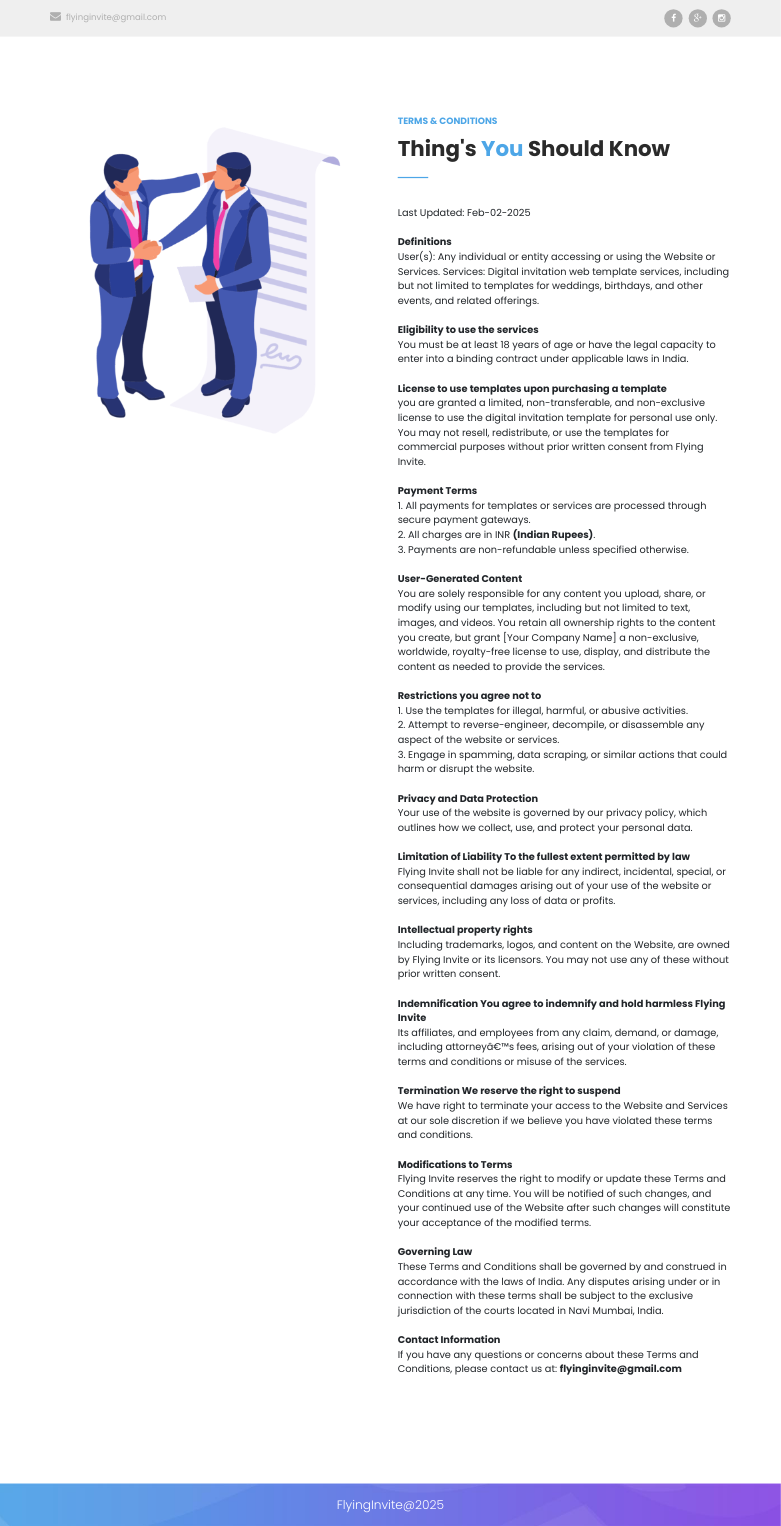
Repository: viraj7551/Flying-Invite-Project
Page: http://localhost/FlyingInvite/terms_and_condition_page.jsp
These files come from the project's save history. The page is drawn as it stood at one moment and after the next save; the edit follows.
The browser window is 1280 px wide. The pictures show the whole page, at 61% of full size.
The page is served by Tomcat 9. Other server files are loaded and not shown.

Above is the page before, as saved 2025-04-27 08:05:52.

### FlyingInvite/WebContent/terms_and_condition_page.jsp
<%@ page language="java" contentType="text/html; charset=ISO-8859-1"
    pageEncoding="ISO-8859-1"%>
<!DOCTYPE html>
<html>
<head>
  <meta charset="UTF-8">
  <meta name="viewport" content="width=device-width, initial-scale=1, shrink-to-fit=no">
  <meta name="description" content="">
  <meta name="author" content="">
  <link rel="preconnect" href="https://fonts.googleapis.com">
  <link rel="preconnect" href="https://fonts.gstatic.com" crossorigin>
  <link href="https://fonts.googleapis.com/css2?family=Poppins:wght@100;200;300;400;500;600;700;800;900&display=swap" rel="stylesheet">

  <title>Flying Invite | Special Invite</title>

  <!-- Bootstrap core CSS -->
  <link href="vendor/bootstrap/css/bootstrap.min.css" rel="stylesheet">


  <!-- Additional CSS Files -->
  <link rel="stylesheet" href="./assets/css/fontawesome.css">
  <link rel="stylesheet" href="./assets/css/app.css">
  <link rel="stylesheet" href="./assets/css/animated.css">
  <link rel="stylesheet" href="./assets/css/owl.css">
  <link rel="stylesheet" href="./assets/css/style.css">

  <script async src="https://www.googletagmanager.com/gtag/js?id=G-DZ4MP44ET9"></script>
<script>
  window.dataLayer = window.dataLayer || [];
  function gtag(){dataLayer.push(arguments);}
  gtag('js', new Date());

  gtag('config', 'G-DZ4MP44ET9');
</script>


</head>
<body>
 <!-- ***** Preloader Start ***** -->
  <div id="js-preloader" class="js-preloader">
    <div class="preloader-inner">
      <span class="dot"></span>
      <div class="dots">
        <span></span>
        <span></span>
        <span></span>
      </div>
    </div>
  </div>

    <!-- ***** Preloader End ***** -->

  <!-- Pre-header Starts -->
  <div class="pre-header">
    <div class="container">
      <div class="row">
        <div class="col-lg-8 col-sm-8 col-7">
          <ul class="info">
            <li><a href="#"><i class="fa fa-envelope"></i>flyinginvite@gmail.com</a></li>
          </ul>
        </div>
        <div class="col-lg-4 col-sm-4 col-5">
          <ul class="social-media">
            <li><a href="https://www.facebook.com/profile.php?id=61567671551405" target="_blank"><i class="fa fa-facebook"></i></a></li>
            <li><a href="#"><i class="fa fa-google-plus"></i></a></li>
            <li><a href="https://www.instagram.com/flyinginvite/?igsh=Yjh6aXM5eHZ3a3Nt" target="_blank"><i class="fa fa-instagram"></i></a></li>
          </ul>
        </div>
      </div>
    </div>
  </div>
  <!-- Pre-header End -->

  <div id="about" class="about section">
    <div class="container">
      <div class="row">
        <div class="col-lg-12">
          <div class="row">
            <div class="col-lg-6">
              <div class="about-left-image  wow fadeInLeft" data-wow-duration="1s" data-wow-delay="0.5s">
                <img src="assets/images/terms_condition.png" alt="terms and condition image">
              </div>
            </div>
            <div class="col-lg-6 align-self-center  wow fadeInRight" data-wow-duration="1s" data-wow-delay="0.5s">
              <div class="about-right-content">
                <div class="section-heading">
                  <h6>Terms & Conditions</h6>
                  <h4>Thing's <em>You</em> Should Know</h4>
                  <div class="line-dec"></div>
                </div>
                <p>
                  <div>
                     <span>Last Updated: Feb-02-2025</span>
                  </div> <br>
                    <ul><strong>Definitions</strong>
                      <li>User(s): Any individual or entity accessing or using the Website or Services.
                        Services: Digital invitation web template services, including but not limited to templates for weddings, birthdays, and other events, and related offerings.
                      </li>
                    </ul> <br>
                    <ul><strong>Eligibility to use the services</strong>
                      <li>You must be at least 18 years of age or have the legal capacity to enter into a binding contract under applicable laws in India.</li>
                    </ul> <br>
                    <ul><strong>License to use templates upon purchasing a template</strong>
                        <li>you are granted a limited, non-transferable, and non-exclusive license to use the digital invitation template for personal use only. You may not resell, redistribute, or use the templates for commercial purposes without prior written consent from Flying Invite.</li>
                    </ul> <br>
                    <ul><strong>Payment Terms</strong>
                        <li>1. All payments for templates or services are processed through secure payment gateways.</li>
                        <li>2. All charges are in INR <strong>(Indian Rupees)</strong>.</li>
                        <li>3. Payments are non-refundable unless specified otherwise.</li>
                    </ul> <br>
                    <ul> <strong>User-Generated Content</strong>
                      <li>You are solely responsible for any content you upload, share, or modify using our templates, including but not limited to text, images, and videos. You retain all ownership rights to the content you create, but grant [Your Company Name] a non-exclusive, worldwide, royalty-free license to use, display, and distribute the content as needed to provide the services.</li>
                    </ul> <br>
                    <ul><strong>Restrictions you agree not to</strong>
                        <li>1. Use the templates for illegal, harmful, or abusive activities.</li>
                        <li>2. Attempt to reverse-engineer, decompile, or disassemble any aspect of the website or services.</li>
                        <li>3. Engage in spamming, data scraping, or similar actions that could harm or disrupt the website.</li>
                    </ul> <br>
                    <ul><strong>Privacy and Data Protection</strong>
                        <li>Your use of the website is governed by our privacy policy, which outlines how we collect, use, and protect your personal data.</li>
                    </ul> <br>
                    <ul><strong>Limitation of Liability To the fullest extent permitted by law</strong>
                        <li>Flying Invite shall not be liable for any indirect, incidental, special, or consequential damages arising out of your use of the website or services, including any loss of data or profits.</li>
                    </ul> <br>
                    <ul><strong>Intellectual property rights</strong>
                       <li>Including trademarks, logos, and content on the Website, are owned by Flying Invite or its licensors. You may not use any of these without prior written consent.</li>
                    </ul> <br>
                    <ul> <strong>Indemnification You agree to indemnify and hold harmless Flying Invite</strong>
                      <li>Its affiliates, and employees from any claim, demand, or damage, including attorney’s fees, arising out of your violation of these terms and conditions or misuse of the services.</li>
                    </ul> <br>
                    <ul><strong>Termination We reserve the right to suspend</strong>
                      <li>We have right to terminate your access to the Website and Services at our sole discretion if we believe you have violated these terms and conditions.</li>
                    </ul> <br>
                    <ul><strong>Modifications to Terms</strong>
                       <li>Flying Invite reserves the right to modify or update these Terms and Conditions at any time. You will be notified of such changes, and your continued use of the Website after such changes will constitute your acceptance of the modified terms.</li>
                    </ul> <br>
                    <ul><strong>Governing Law</strong>
                       <li>These Terms and Conditions shall be governed by and construed in accordance with the laws of India. Any disputes arising under or in connection with these terms shall be subject to the exclusive jurisdiction of the courts located in Navi Mumbai, India.</li>
                    </ul> <br>
                    <ul>
                         <strong>Contact Information</strong>
                         <li>If you have any questions or concerns about these Terms and Conditions, please contact us at: <strong>flyinginvite@gmail.com</strong></li>
                    </ul>
                </p>
              </div>
            </div>
          </div>
        </div>
      </div>
    </div>
  </div>

  <footer>
    <div class="container">
      <div class="row">
        <div class="col-lg-12">
           <p>FlyingInvite@2025</p>
        </div>
      </div>
    </div>
  </footer>

  <!-- Scripts -->
  <script src="./vendor/jquery/jquery.min.js"></script>
  <script src="./vendor/bootstrap/js/bootstrap.bundle.min.js"></script>
  <script src="./assets/js/owl-carousel.js"></script>
  <script src="./assets/js/animation.js"></script>
  <script src="./assets/js/imagesloaded.js"></script>
  <script src="./assets/js/custom.js"></script>
  <script src="./assets/js/app.js"></script>
</body>
</html>

### FlyingInvite/WebContent/assets/css/owl.css
/**
 * Owl Carousel v2.3.4
 * Copyright 2013-2018 David Deutsch
 * Licensed under: SEE LICENSE IN https://github.com/OwlCarousel2/OwlCarousel2/blob/master/LICENSE
 */
/*
 *  Owl Carousel - Core
 */
.owl-carousel {
  display: none;
  width: 100%;
  -webkit-tap-highlight-color: transparent;
  /* position relative and z-index fix webkit rendering fonts issue */
  position: relative;
  z-index: 1; }
  .owl-carousel .owl-stage {
    position: relative;
    -ms-touch-action: pan-Y;
    touch-action: manipulation;
    -moz-backface-visibility: hidden;
    /* fix firefox animation glitch */ }
  .owl-carousel .owl-stage:after {
    content: ".";
    display: block;
    clear: both;
    visibility: hidden;
    line-height: 0;
    height: 0; }
  .owl-carousel .owl-stage-outer {
    position: relative;
    overflow: hidden;
    /* fix for flashing background */
    -webkit-transform: translate3d(0px, 0px, 0px); }
  .owl-carousel .owl-wrapper,
  .owl-carousel .owl-item {
    -webkit-backface-visibility: hidden;
    -moz-backface-visibility: hidden;
    -ms-backface-visibility: hidden;
    -webkit-transform: translate3d(0, 0, 0);
    -moz-transform: translate3d(0, 0, 0);
    -ms-transform: translate3d(0, 0, 0); }
  .owl-carousel .owl-item {
    position: relative;
    min-height: 1px;
    float: left;
    -webkit-backface-visibility: hidden;
    -webkit-tap-highlight-color: transparent;
    -webkit-touch-callout: none; }
  .owl-carousel .owl-item img {
    display: block;
    width: 100%; }
  .owl-carousel .owl-nav.disabled,
  .owl-carousel .owl-dots.disabled {
    display: none; }
  .owl-carousel .owl-nav .owl-prev,
  .owl-carousel .owl-nav .owl-next,
  .owl-carousel .owl-dot {
    cursor: pointer;
    -webkit-user-select: none;
    -khtml-user-select: none;
    -moz-user-select: none;
    -ms-user-select: none;
    user-select: none; }
  .owl-carousel .owl-nav button.owl-prev,
  .owl-carousel .owl-nav button.owl-next,
  .owl-carousel button.owl-dot {
    background: none;
    color: inherit;
    border: none;
    padding: 0 !important;
    font: inherit; }
  .owl-carousel.owl-loaded {
    display: block; }
  .owl-carousel.owl-loading {
    opacity: 0;
    display: block; }
  .owl-carousel.owl-hidden {
    opacity: 0; }
  .owl-carousel.owl-refresh .owl-item {
    visibility: hidden; }
  .owl-carousel.owl-drag .owl-item {
    -ms-touch-action: pan-y;
        touch-action: pan-y;
    -webkit-user-select: none;
    -moz-user-select: none;
    -ms-user-select: none;
    user-select: none; }
  .owl-carousel.owl-grab {
    cursor: move;
    cursor: grab; }
  .owl-carousel.owl-rtl {
    direction: rtl; }
  .owl-carousel.owl-rtl .owl-item {
    float: right; }

/* No Js */
.no-js .owl-carousel {
  display: block; }

/*
 *  Owl Carousel - Animate Plugin
 */
.owl-carousel .animated {
  animation-duration: 1000ms;
  animation-fill-mode: both; }

.owl-carousel .owl-animated-in {
  z-index: 0; }

.owl-carousel .owl-animated-out {
  z-index: 1; }

.owl-carousel .fadeOut {
  animation-name: fadeOut; }

@keyframes fadeOut {
  0% {
    opacity: 1; }
  100% {
    opacity: 0; } }

/*
 * 	Owl Carousel - Auto Height Plugin
 */
.owl-height {
  transition: height 500ms ease-in-out; }

/*
 * 	Owl Carousel - Lazy Load Plugin
 */
.owl-carousel .owl-item {
  /**
			This is introduced due to a bug in IE11 where lazy loading combined with autoheight plugin causes a wrong
			calculation of the height of the owl-item that breaks page layouts
		 */ }
  .owl-carousel .owl-item .owl-lazy {
    opacity: 0;
    transition: opacity 400ms ease; }
  .owl-carousel .owl-item .owl-lazy[src^=""], .owl-carousel .owl-item .owl-lazy:not([src]) {
    max-height: 0; }
  .owl-carousel .owl-item img.owl-lazy {
    transform-style: preserve-3d; }

/*
 * 	Owl Carousel - Video Plugin
 */
.owl-carousel .owl-video-wrapper {
  position: relative;
  height: 100%;
  background: #000; }

.owl-carousel .owl-video-play-icon {
  position: absolute;
  height: 80px;
  width: 80px;
  left: 50%;
  top: 50%;
  margin-left: -40px;
  margin-top: -40px;
  background: url("owl.video.play.png") no-repeat;
  cursor: pointer;
  z-index: 1;
  -webkit-backface-visibility: hidden;
  transition: transform 100ms ease; }

.owl-carousel .owl-video-play-icon:hover {
  -ms-transform: scale(1.3, 1.3);
      transform: scale(1.3, 1.3); }

.owl-carousel .owl-video-playing .owl-video-tn,
.owl-carousel .owl-video-playing .owl-video-play-icon {
  display: none; }

.owl-carousel .owl-video-tn {
  opacity: 0;
  height: 100%;
  background-position: center center;
  background-repeat: no-repeat;
  background-size: contain;
  transition: opacity 400ms ease; }

.owl-carousel .owl-video-frame {
  position: relative;
  z-index: 1;
  height: 100%;
  width: 100%; }

### FlyingInvite/WebContent/assets/css/style.css
/* Aligns the heading text to the center. */

h1 {
    text-align: center;
  }

  /* Sets the width for the accordion. Sets the margin to 90px on the top and bottom and auto to the left and right */
.accordion-body{
    margin-top: 100px;
}


.navigate_section{
    margin: 90px auto;
}

#navigateHeader{
  display: none;
}
#navigateBtn{
  padding: 20px;
  background-color:#27548A ;
  color: #fff;
  margin-left: 350px;
  margin-top: 170px;
  margin-bottom: 170px;
  border-radius: 5px;
  width: max-content;
}
.blink_me{
  animation: blinker 1s linear infinite;
}

@keyframes blinker {
  50% {
    opacity: 0;
  }
}

#coming_soon_header{
  padding: 20px;
  color: #213448;
  margin-left: 350px;
  margin-top: 170px;
  margin-bottom: 170px;
  border-radius: 5px;
  width: max-content;
}

#navigateBtn:hover {
   background-color: #213448 ;
}

  .accordion {
    width: 800px;
    margin: 90px auto;
    color: black;
    background-color: white;
    padding: 45px 45px;
  }

  .accordion .container {
    position: relative;
    margin: 10px 10px;
  }

  /* Positions the labels relative to the .container. Adds padding to the top and bottom and increases font size. Also makes its cursor a pointer */

  .accordion .label {
    position: relative;
    padding: 10px 0;
    font-size: 24px;
    color: black;
    cursor: pointer;
  }

  /* Positions the plus sign 5px from the right. Centers it using the transform property. */

.accordion .label::before {
    content: '+';
    color: black;
    position: absolute;
    top: 50%;
    right: -5px;
    font-size: 24px;
    transform: translateY(-50%);
  }

  /* Hides the content (height: 0), decreases font size, justifies text and adds transition */

  .accordion .content {
    position: relative;
    background: white;
    height: 0;
    font-size: 16px;
    text-align: justify;
    width: 780px;
    overflow: hidden;
    transition: 0.5s;
  }

  /* Adds a horizontal line between the contents */

  .accordion hr {
    width: 100;
    margin-left: 0;
    border: 1px solid grey;
  }

  /* Unhides the content part when active. Sets the height */

.accordion .container.active .content {
    height: 90px;
  }




  /* Changes from plus sign to negative sign once active */

  .accordion .container.active .label::before {
    content: '-';
    font-size: 30px;
  }


 @media (max-width: 1200px) {
    #navigateBtn{
      margin-left: 180px;
     }
  }

 @media only screen and (max-width: 1024px) {
    #coming_soon_header{
      margin-left: 180px;
    }
}

 @media only screen and (max-width: 1180px) {
    #coming_soon_header{
      margin-left: 180px;
    }
  }


  @media (max-width: 992px) {


    .accordion .container.active .content{
      width: auto;
      height: 100px;
    }

    #navigateBtn{
    margin-left: 55px;
   }
  }

   @media only screen and (max-width: 932px) and (min-width: 740px){
  #navigateBtn{
    margin-left: 135px;
   }

   #navigateHeader{
    display: block;
    margin-left: 110px;
  }
  #coming_soon_header{
    margin-left: 110px;
  }
 }



  @media (max-width: 767px){

    .accordion{
        width: auto;
    }
    .accordion .label {
        font-size: 16px;
      }

      .accordion .content {
        font-size: 14px;
        text-align: justify;
        width: 200px;
        overflow: hidden;
      }

      #navigateHeader{
        display: block;
        margin-left: 20px;
      }

      #coming_soon_header{
        margin-left: 20px;
      }
  }

    @media only screen and (max-width: 360px){
      #navigateHeader{
        display: block;
        margin-left: 60px;
      }
  }

Loaded but not shown: FlyingInvite/WebContent/assets/css/fontawesome.css (library); FlyingInvite/WebContent/assets/css/animated.css (common file); FlyingInvite/WebContent/assets/js/owl-carousel.js (3448 lines, source omitted); FlyingInvite/WebContent/assets/js/imagesloaded.js (496 lines, source omitted); FlyingInvite/WebContent/assets/js/animation.js (193 lines, source omitted); FlyingInvite/WebContent/assets/js/custom.js (172 lines, source omitted); FlyingInvite/WebContent/assets/js/app.js (7 lines, source omitted); FlyingInvite/WebContent/assets/css/app.css (2123 lines, source omitted)

After the next save:
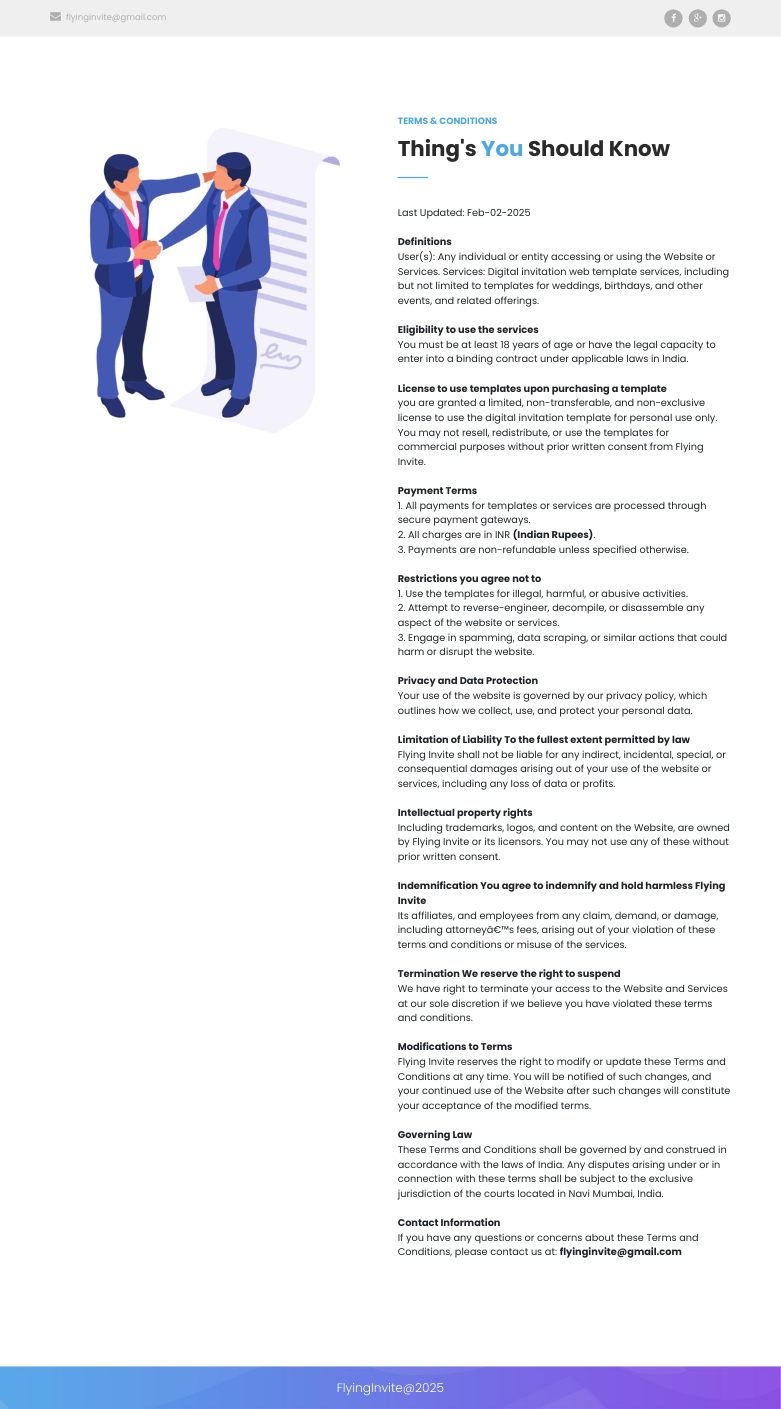
Saved 3 min 3 s later.
--- a/FlyingInvite/WebContent/terms_and_condition_page.jsp
+++ b/FlyingInvite/WebContent/terms_and_condition_page.jsp
@@ -108,9 +108,6 @@
                         <li>2. All charges are in INR <strong>(Indian Rupees)</strong>.</li>
                         <li>3. Payments are non-refundable unless specified otherwise.</li>
                     </ul> <br>
-                    <ul> <strong>User-Generated Content</strong>
-                      <li>You are solely responsible for any content you upload, share, or modify using our templates, including but not limited to text, images, and videos. You retain all ownership rights to the content you create, but grant [Your Company Name] a non-exclusive, worldwide, royalty-free license to use, display, and distribute the content as needed to provide the services.</li>
-                    </ul> <br>
                     <ul><strong>Restrictions you agree not to</strong>
                         <li>1. Use the templates for illegal, harmful, or abusive activities.</li>
                         <li>2. Attempt to reverse-engineer, decompile, or disassemble any aspect of the website or services.</li>
